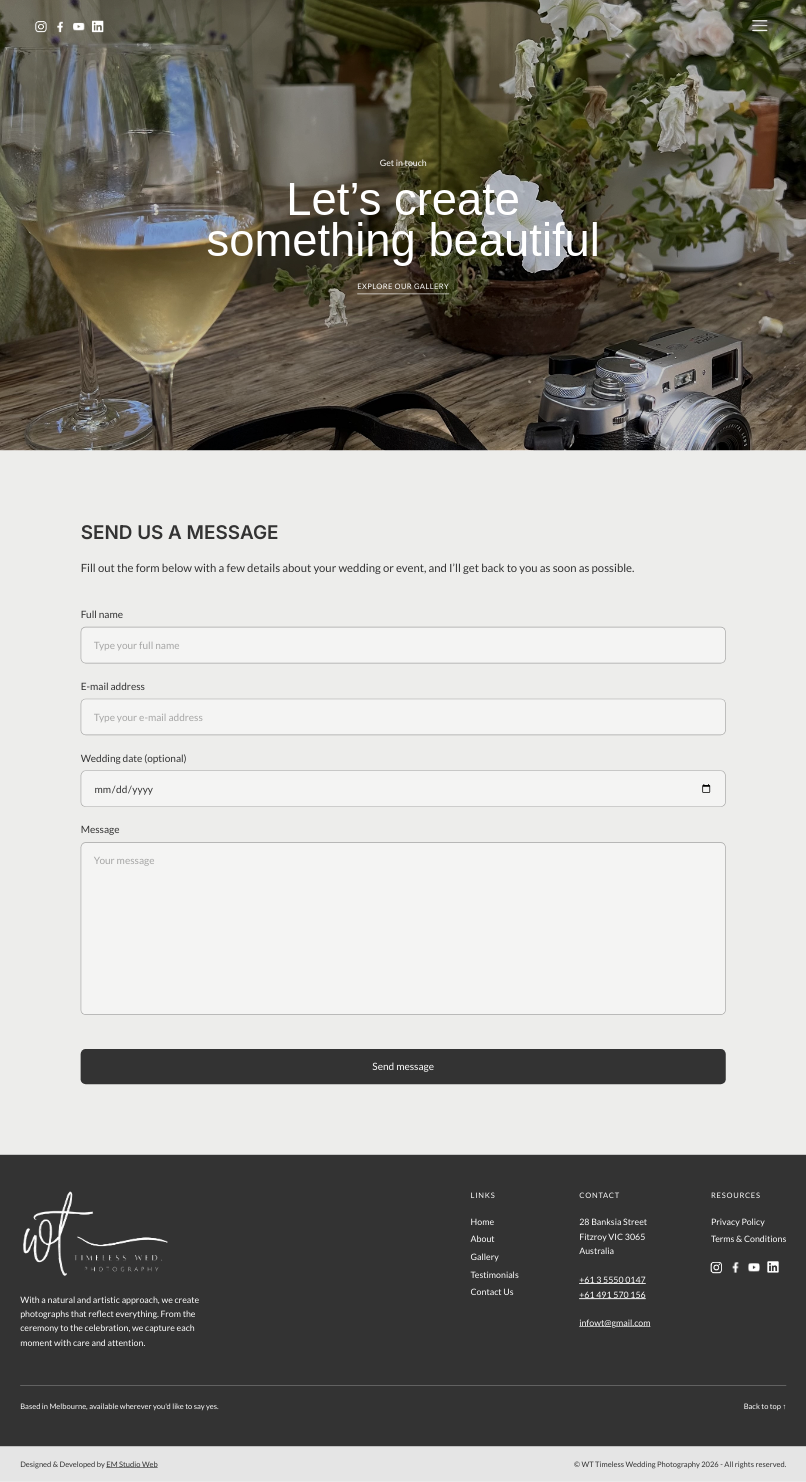
Repository: eduarda-magnago/wt-photography
Page: /contact
These files come from the project's save history. The page is drawn as it stood at one moment and after the next save; the edit follows.
The browser window is 1280 px wide. The pictures show the whole page, at 63% of full size.
Some web fonts or font styles are not loaded; a fallback is used. The project was rebuilt for these pictures with package versions that can differ from the ones it lists, and the page was loaded fresh each time. The framework's server and built-in components were replaced by stand-ins that run in the browser. Also part of the build but not shown: next.config.ts.

Above is the page before, as saved 2026-10-15 12:24:41.

### app/layout.tsx
import type { Metadata } from "next";
import { Inter, Lato, Cormorant_SC } from "next/font/google";
import Header from "@/components/layout/header";
import Footer from "@/components/layout/footer";
import "./globals.css";

const inter = Inter({
  subsets: ["latin"],
  variable: "--font-inter",
});

const lato = Lato({
  subsets: ["latin"],
  weight: ["300", "400", "700"],
  variable: "--font-lato",
});

const cormorant = Cormorant_SC({
  subsets: ["latin"],
  weight: ["300", "400", "500"],
  variable: "--font-cormorant",
});

export const metadata: Metadata = {
  title: "WT Timeless Photography",
  description: "Timeless wedding photography",
};

export default function RootLayout({
  children,
}: {
  children: React.ReactNode;
}) {
  return (
    <html
      lang="en"
      className={`${inter.variable} ${lato.variable} ${cormorant.variable}`}
    >
      <body className="font-sans antialiased">
        <Header />
        <main>{children}</main>
        <Footer />
      </body>
    </html>
  );
}

### app/contact/page.tsx
import Hero from "@/components/hero";
import ContactForm from "@/components/contact/contactForm";

export default function Contact() {
  return (
    <>
      <Hero
        eyebrow="Get in touch"
        title="Let’s create something beautiful"
        image="/img/hero-bg.jpg"
      />
      <section
        id="contact-form"
        className="scroll-mt-20 bg-sand px-6 py-20 md:px-14 md:py-28"
      >
        <div className="mx-auto max-w-5xl">
          <h2 className="font-heading text-2xl font-semibold uppercase md:text-3xl">
            Send us a message
          </h2>
          <p className="mt-6 text-lg">
            Fill out the form below with a few details about your wedding or
            event, and I’ll get back to you as soon as possible.
          </p>
          <ContactForm />
        </div>
      </section>
    </>
  );
}

### components/layout/header.tsx
"use client";

import { useState } from "react";
import Image from "next/image";
import Link from "next/link";

const navLinks = [
  { label: "Home", href: "/" },
  { label: "About me", href: "/#about" },
  { label: "Gallery", href: "/#gallery" },
  { label: "Testimonials", href: "/#testimonials" },
  { label: "Contact Us", href: "/contact#contact-form" },
];

export default function Header() {
  const [open, setOpen] = useState(false);

  return (
    <header className="absolute inset-x-0 top-0 z-30">
      <div className="flex items-start justify-between px-6 py-8 md:px-14">
        <ul className="flex items-center gap-3">
          <li>
            <a
              href="#"
              aria-label="Instagram"
              className="relative block h-[19px] w-[18px] transition-opacity hover:opacity-70"
            >
              <Image
                src="/img/instagram.png"
                alt=""
                fill
                sizes="18px"
                className="object-contain"
              />
            </a>
          </li>
          <li>
            <a
              href="#"
              aria-label="Facebook"
              className="relative block h-[18px] w-[18px] transition-opacity hover:opacity-70"
            >
              <Image
                src="/img/facebook.png"
                alt=""
                fill
                sizes="18px"
                className="object-contain"
              />
            </a>
          </li>
          <li>
            <a
              href="#"
              aria-label="YouTube"
              className="relative block h-[18px] w-[18px] transition-opacity hover:opacity-70"
            >
              <Image
                src="/img/youtube.png"
                alt=""
                fill
                sizes="18px"
                className="object-contain"
              />
            </a>
          </li>
          <li>
            <a
              href="#"
              aria-label="LinkedIn"
              className="relative block h-[18px] w-[18px] transition-opacity hover:opacity-70"
            >
              <Image
                src="/img/linkedin.png"
                alt=""
                fill
                sizes="18px"
                className="object-contain"
              />
            </a>
          </li>
        </ul>

        <button
          type="button"
          onClick={() => setOpen(true)}
          aria-label="Open menu"
          className="relative block h-6 w-9 transition-opacity hover:opacity-70"
        >
          <Image
            src="/img/menu.png"
            alt=""
            fill
            sizes="36px"
            className="object-contain"
          />
        </button>
      </div>

      {open && (
        <div className="fixed inset-0 z-40 flex items-center justify-center bg-ink/95">
          <button
            type="button"
            onClick={() => setOpen(false)}
            aria-label="Close menu"
            className="absolute right-6 top-8 text-3xl text-white md:right-14"
          >
            ✕
          </button>
          <nav>
            <ul className="flex flex-col items-center gap-8">
              {navLinks.map((link) => (
                <li key={link.label}>
                  <Link
                    href={link.href}
                    onClick={() => setOpen(false)}
                    className="font-heading text-2xl text-white"
                  >
                    {link.label}
                  </Link>
                </li>
              ))}
            </ul>
          </nav>
        </div>
      )}
    </header>
  );
}

### components/layout/footer.tsx
import Image from "next/image";
import Link from "next/link";

const exploreLinks = [
  { label: "Home", href: "/" },
  { label: "About", href: "/#about" },
  { label: "Gallery", href: "/#gallery" },
  { label: "Testimonials", href: "/#testimonials" },
  { label: "Contact Us", href: "/contact#contact-form" },
];

const headingClass = "mb-6 text-xs uppercase tracking-widest";

export default function Footer() {
  return (
    <footer>
      <div className="bg-ink px-6 py-12 text-sm text-white md:px-8 md:py-14">
        <div className="mx-auto max-w-[1600px]">
          <div className="grid gap-12 md:grid-cols-[1fr_auto_auto_auto] md:gap-24">
            <div>
              <Image
                src="/img/logo.png"
                alt="WT Timeless Photography"
                width={240}
                height={110}
              />
              <p className="mt-6 max-w-xs leading-relaxed">
                With a natural and artistic approach, we create photographs
                that reflect everything. From the ceremony to the celebration,
                we capture each moment with care and attention.
              </p>
            </div>

            <div>
              <h3 className={headingClass}>Links</h3>
              <ul className="space-y-2">
                {exploreLinks.map((link) => (
                  <li key={link.label}>
                    <Link href={link.href}>{link.label}</Link>
                  </li>
                ))}
              </ul>
            </div>

            <div>
              <h3 className={headingClass}>Contact</h3>
              <address className="not-italic leading-relaxed">
                28 Banksia Street
                <br />
                Fitzroy VIC 3065
                <br />
                Australia
              </address>
              <div className="mt-6 flex flex-col gap-1 underline">
                <a href="tel:+61355500147">+61 3 5550 0147</a>
                <a href="tel:+61491570156">+61 491 570 156</a>
              </div>
              <a
                href="mailto:infowt@gmail.com"
                className="mt-6 block underline"
              >
                infowt@gmail.com
              </a>
            </div>

            <div>
              <h3 className={headingClass}>Resources</h3>
              <ul className="space-y-2">
                <li>
                  <a href="#">Privacy Policy</a>
                </li>
                <li>
                  <a href="#">Terms &amp; Conditions</a>
                </li>
              </ul>
              <ul className="mt-6 flex items-center gap-3">
                <li>
                  <a
                    href="#"
                    aria-label="Instagram"
                    className="transition-opacity hover:opacity-70"
                  >
                    <Image src="/img/instagram.png" alt="" width={18} height={18} />
                  </a>
                </li>
                <li>
                  <a
                    href="#"
                    aria-label="Facebook"
                    className="relative block h-[18px] w-[18px] transition-opacity hover:opacity-70"
                  >
                    <Image
                      src="/img/facebook.png"
                      alt=""
                      fill
                      sizes="18px"
                      className="object-contain"
                    />
                  </a>
                </li>
                <li>
                  <a
                    href="#"
                    aria-label="YouTube"
                    className="transition-opacity hover:opacity-70"
                  >
                    <Image src="/img/youtube.png" alt="" width={18} height={18} />
                  </a>
                </li>
                <li>
                  <a
                    href="#"
                    aria-label="LinkedIn"
                    className="transition-opacity hover:opacity-70"
                  >
                    <Image src="/img/linkedin.png" alt="" width={18} height={18} />
                  </a>
                </li>
              </ul>
            </div>
          </div>

          <div className="mt-14 flex flex-col gap-3 border-t border-white/30 pt-6 text-xs md:flex-row md:items-center md:justify-between">
            <p>
              Based in Melbourne, available wherever you&apos;d like to say yes.
            </p>
            <a href="#" className="transition-opacity hover:opacity-70">
              Back to top &uarr;
            </a>
          </div>
        </div>
      </div>

      <div className="bg-neutral-200 px-6 py-5 text-xs text-ink md:px-8">
        <div className="mx-auto flex max-w-[1600px] flex-col gap-2 md:flex-row md:justify-between">
          <p>
            Designed &amp; Developed by{" "}
            <a
              href="https://www.instagram.com/webstudio.em"
              target="_blank"
              rel="noopener noreferrer"
              className="underline"
            >
              EM Studio Web
            </a>
          </p>
          <p>© WT Timeless Wedding Photography 2026 - All rights reserved.</p>
        </div>
      </div>
    </footer>
  );
}

### app/globals.css
@import "tailwindcss";

@theme inline {
  --font-sans: var(--font-lato);
  --font-heading: var(--font-inter);
  --font-hero: var(--font-cormorant);

  --color-ink: #333333;
  --color-sand: #ededeb;
  --color-paper: #fafafa;
  --color-blush: #f4e6dc;
}

html {
  scroll-behavior: smooth;
}

body {
  background: var(--color-paper);
  color: var(--color-ink);
}

### components/hero.tsx
import Image from "next/image";
import Link from "next/link";

type HeroProps = {
  eyebrow: string;
  title: string;
  image: string;
  ctaLabel?: string;
  ctaHref?: string;
};

export default function Hero({
  eyebrow,
  title,
  image,
  ctaLabel = "Explore our gallery",
  ctaHref = "/#gallery",
}: HeroProps) {
  return (
    <section className="relative flex h-[70vh] min-h-[715px] items-center justify-center overflow-hidden">
      <Image
        src="/img/hero.png"
        alt=""
        fill
        priority
        sizes="100vw"
        className="object-cover"
      />
      <div className="absolute inset-0 bg-black/20" />
      <div className="relative z-10 flex max-w-3xl flex-col items-center px-6 text-center text-white">
        <p className="mb-4 text-sm">{eyebrow}</p>
        <h1 className="font-hero text-5xl leading-[0.9] md:text-7xl">
          {title}
        </h1>
        <Link
          href={ctaHref}
          className="mt-8 border-b border-white pb-1 text-xs uppercase tracking-wider"
        >
          {ctaLabel}
        </Link>
      </div>
    </section>
  );
}

### components/contact/contactForm.tsx
"use client";

const fieldClass =
  "mt-2 w-full rounded-lg border border-ink/40 bg-white/40 px-5 py-4 text-base outline-none placeholder:text-ink/40 focus:border-ink";

export default function ContactForm() {
  function handleSubmit(event: React.FormEvent<HTMLFormElement>) {
    event.preventDefault();
  }

  return (
    <form onSubmit={handleSubmit} className="mt-12 space-y-6">
      <div>
        <label htmlFor="name">Full name</label>
        <input
          id="name"
          name="name"
          type="text"
          placeholder="Type your full name"
          required
          className={fieldClass}
        />
      </div>

      <div>
        <label htmlFor="email">E-mail address</label>
        <input
          id="email"
          name="email"
          type="email"
          placeholder="Type your e-mail address"
          required
          className={fieldClass}
        />
      </div>

      <div>
        <label htmlFor="date">Wedding date (optional)</label>
        <input
          id="date"
          name="date"
          type="date"
          className={fieldClass}
        />
      </div>

      <div>
        <label htmlFor="message">Message</label>
        <textarea
          id="message"
          name="message"
          placeholder="Your message"
          rows={10}
          required
          className={`${fieldClass} resize-none`}
        />
      </div>

      <button
        type="submit"
        className="mt-6 w-full cursor-pointer rounded-lg bg-ink py-4 text-white transition-opacity hover:opacity-90"
      >
        Send message
      </button>
    </form>
  );
}

After the next save:
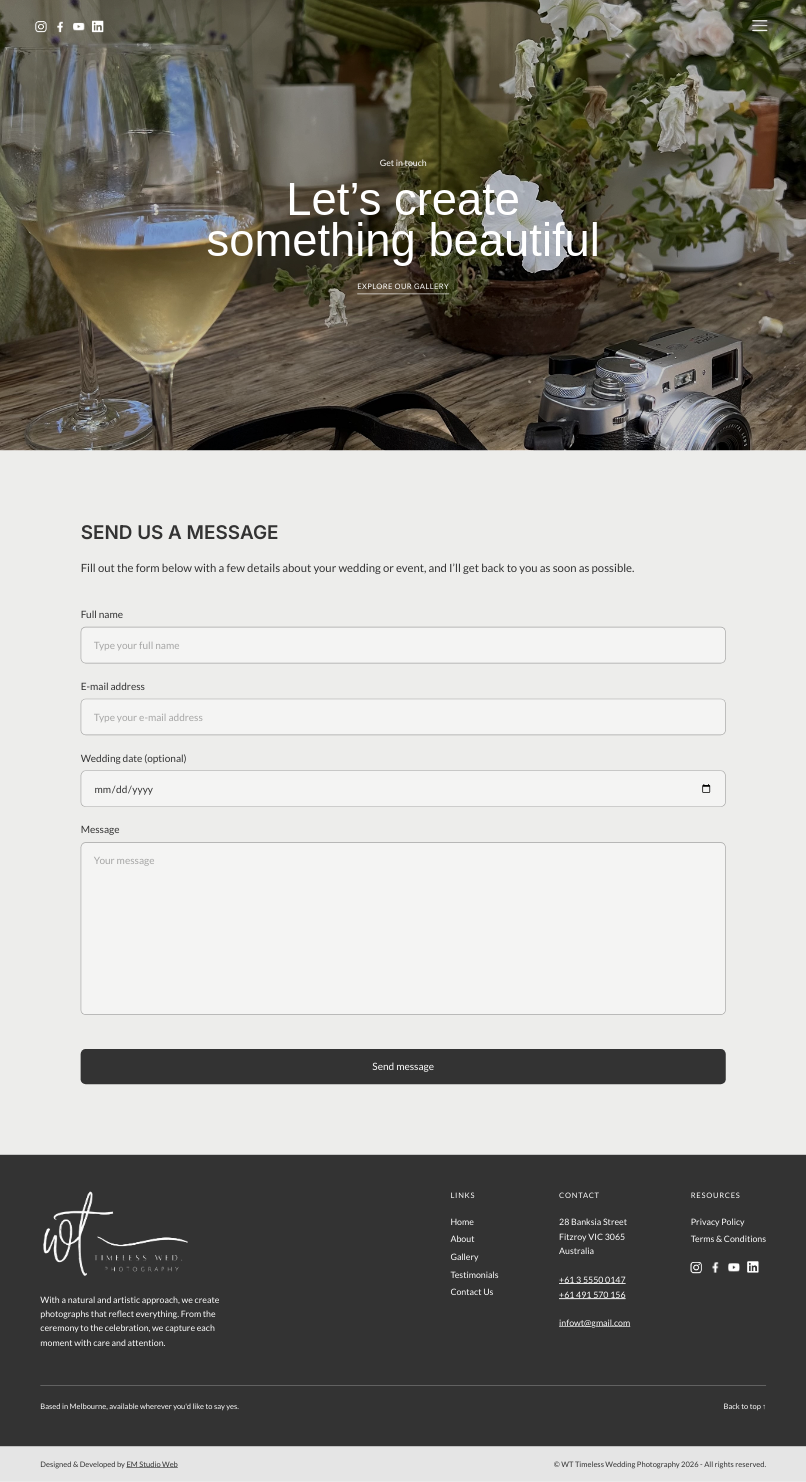
Saved 80 s later.
--- a/components/layout/footer.tsx
+++ b/components/layout/footer.tsx
@@ -14,7 +14,7 @@ const headingClass = "mb-6 text-xs uppercase tracking-widest";
 export default function Footer() {
   return (
     <footer>
-      <div className="bg-ink px-6 py-12 text-sm text-white md:px-8 md:py-14">
+      <div className="bg-ink px-6 py-12 text-sm text-white md:px-16 md:py-14">
         <div className="mx-auto max-w-[1600px]">
           <div className="grid gap-12 md:grid-cols-[1fr_auto_auto_auto] md:gap-24">
             <div>
@@ -131,7 +131,7 @@ export default function Footer() {
         </div>
       </div>
 
-      <div className="bg-neutral-200 px-6 py-5 text-xs text-ink md:px-8">
+      <div className="bg-neutral-200 px-6 py-5 text-xs text-ink md:px-16">
         <div className="mx-auto flex max-w-[1600px] flex-col gap-2 md:flex-row md:justify-between">
           <p>
             Designed &amp; Developed by{" "}
